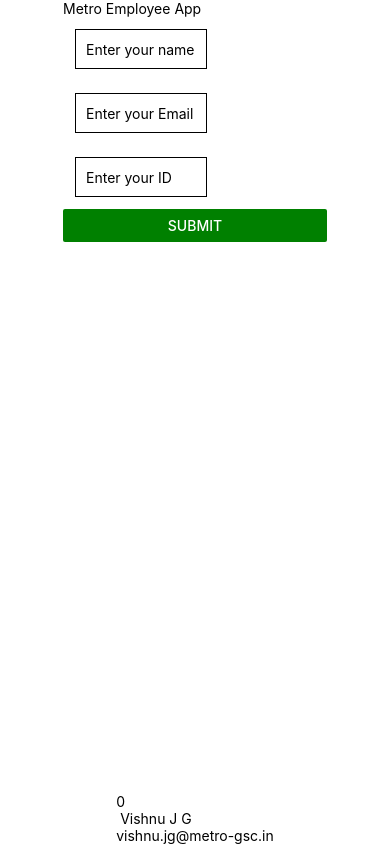
Repository: VishnuJG/Metro-Employee-App
Screen: /
The author's editor kept a copy of each file at every save. The screen is drawn from the files as they stood at one save, then again after the next save.
The app was drawn by React Native's web renderer in a window 390 px wide. The project was rebuilt for these pictures with package versions that can differ from the ones it lists, and the page was loaded fresh each time. Some packages were replaced by stand-ins written for this rebuild.

Above is the screen before, as saved 2022-06-28 13:54:52.

### App.js
import { StatusBar } from 'expo-status-bar';
import React, { useState } from "react";
import { StyleSheet, Text, View, TextInput, Button, Alert} from 'react-native';
import { useDimensions } from '@react-native-community/hooks';
import Task from './components/Task';


export default function App() {

  // const {landscape}=useDimensions();
  const [emp, onEmpUpdate] = useState([{ id: 0, name: " Vishnu J G", email:"vishnu.jg@metro-gsc.in" }]);
  const [name, onChangeName] = useState("");
  const [email, onChangeEmail] = useState("");
  const [id, onChangeid] = useState(null);
  const onSubmit=(e)=>{
    e.preventDefault();
    if(!name){
      Alert.alert('Invalid Name', 'Invalid Name field',[{text: 'Okay', onPress:()=>{console.log("Okay Pressed")}},{text: 'No', onPress:()=>{console.log("No Pressed")}}])
    }
    if(!email){
      Alert.alert('Invalid Email', 'Invalid Email field',[{text: 'Okay', onPress:()=>{console.log("Okay Pressed")}},{text: 'No', onPress:()=>{console.log("No Pressed")}}])
    }
    if(!/\S+@\S+\.\S+/.test(email)){
      Alert.alert('Invalid Email', 'Invalid Email field',[{text: 'Okay', onPress:()=>{console.log("Okay Pressed")}},{text: 'No', onPress:()=>{console.log("No Pressed")}}])
    }
    if(!id){
      Alert.alert('Invalid Id', 'Invalid ID field',[{text: 'Okay', onPress:()=>{console.log("Okay Pressed")}},{text: 'No', onPress:()=>{console.log("No Pressed")}}])
    }
    console.log(name);
    console.log(email);
    console.log(id);
    const newEmp={id, name, email};
    onChangeName('');
    onChangeEmail('');
    onChangeid(null);
    onEmpUpdate([...emp, newEmp]);
  }
  return (
    <View style={styles.container} >
        <View style={{flex:1}}>
        <Text>Metro Employee App</Text>

        <TextInput
          style={styles.input}
          onChangeText={onChangeName}
          placeholder="Enter your name"
          value={name}
        />
        <TextInput
          style={styles.input}
          onChangeText={onChangeEmail}
          value={email}
          placeholder="Enter your Email"
          // keyboardType="numeric"
        />

        <TextInput
          style={styles.input}
          onChangeText={onChangeid}
          value={id}
          placeholder="Enter your ID"
          keyboardType="numeric"
        />
        <Button title="Submit"
          color="green"
          onPress={onSubmit}
          /></View>
        <View style={{}}>
        {emp.map((newid)=>(<Task key={newid.id} ename={newid.name} eid={newid.id} eemail={newid.email}/>))}
        </View>
    </View>
  );
}

const styles = StyleSheet.create({
  container: {
    flex: 1,
    backgroundColor: '#fff',
    alignItems: 'center',
    justifyContent: 'center',
    fontSize: 20,
    // paddingTop:20,
  },
  input: {
    height: 40,
    margin: 12,
    borderWidth: 1,
    width:'50%',
    padding: 10,
  },

});

### components/Task.js
import { StatusBar } from 'expo-status-bar';
import React, { useState } from "react";
import { StyleSheet, Text, View, TextInput, Button, Alert} from 'react-native';
import { useDimensions } from '@react-native-community/hooks';


export default function Task(props) {
  console.log("Hello");
  return (
    <View style={styles.employee}>
      <Text>{props.eid}</Text>
      <Text>{props.ename}</Text>
      <Text>{props.eemail}</Text>

    </View>


  );
}

const styles = StyleSheet.create({
  employee:{
    width:'100%',
    justifyContent: 'left',
  }
});

After the next save:
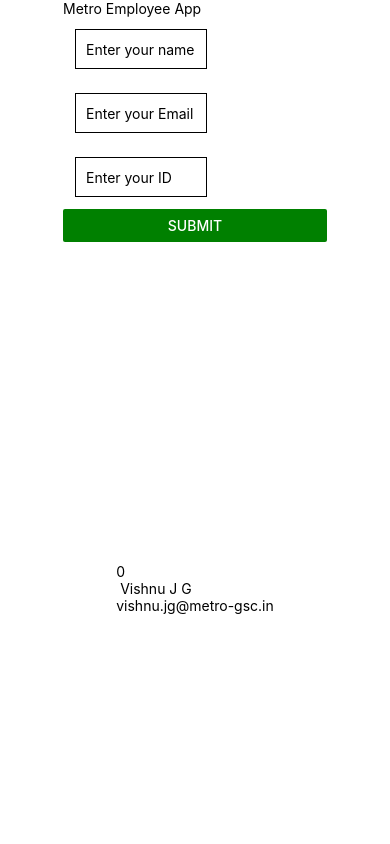
Saved 4 s later.
--- a/App.js
+++ b/App.js
@@ -65,7 +65,7 @@ export default function App() {
           color="green"
           onPress={onSubmit}
           /></View>
-        <View style={{}}>
+        <View style={{flex:0.5}}>
         {emp.map((newid)=>(<Task key={newid.id} ename={newid.name} eid={newid.id} eemail={newid.email}/>))}
         </View>
     </View>
